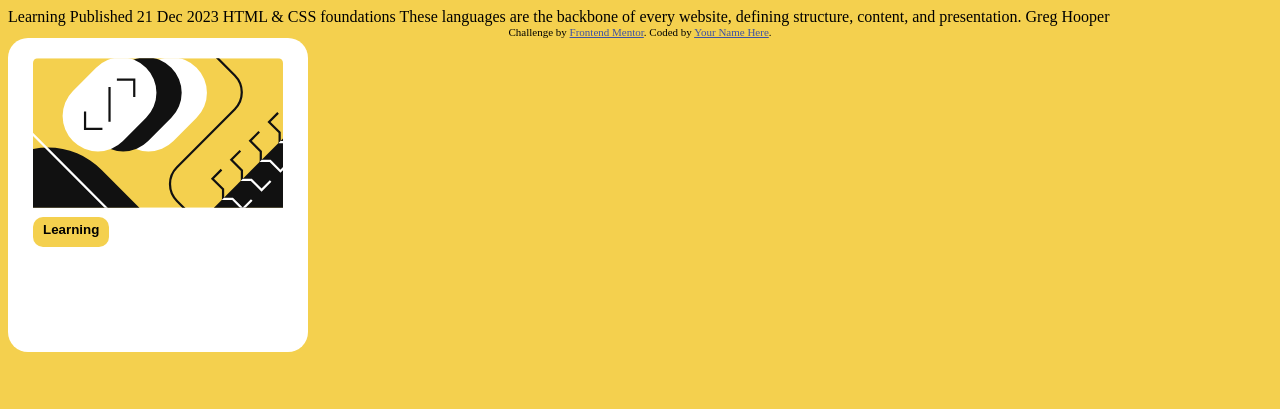
Repository: Dayvid0/FRONTEND_MENTOR_CHALLENGES
Page: index.html
These files come from the project's save history. The page is drawn as it stood at one moment and after the next save; the edit follows.
The browser window is 1280 px wide. The pictures show the whole page.

Above is the page before, as saved 2025-03-13 13:04:15.

After the next save:
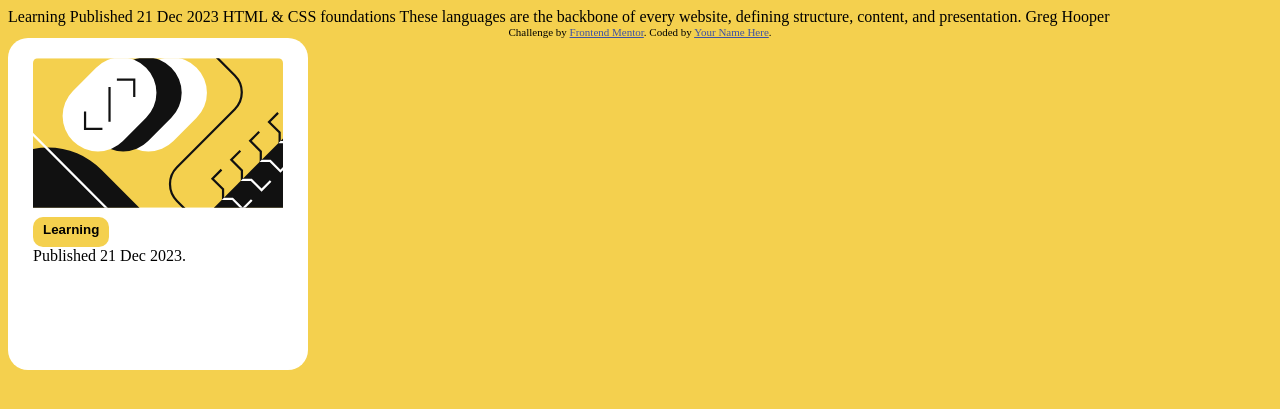
Saved 46 s later.
--- a/index.html
+++ b/index.html
@@ -54,6 +54,7 @@
     <div class=" button">
       <button class="learning">Learning</button>
     </div>
+    <div>Published 21 Dec 2023.</div>
   </div>
 </body>
 </html>
